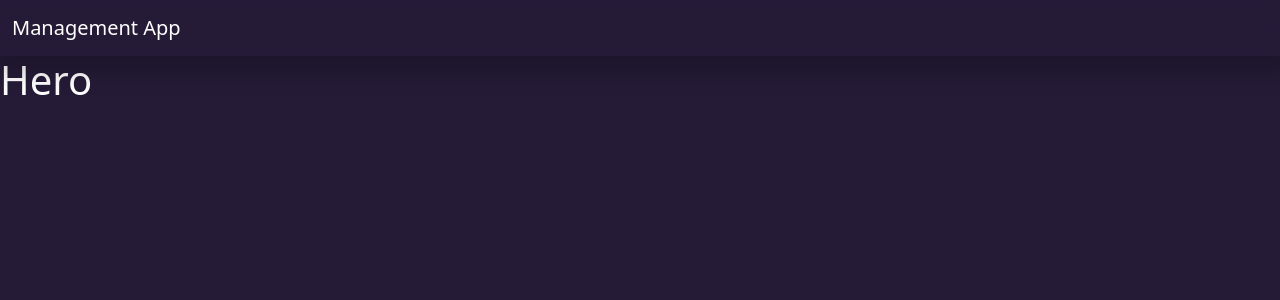
Repository: iamevs/Employee-Management-System
Page: / (app in client/)
An editor plug-in stored every save of this project. The page is shown before and after the next save, followed by the edit.
The browser window is 1280 px wide. The pictures show the whole page.
The project was rebuilt for these pictures with package versions that can differ from the ones it lists, and the page was loaded fresh each time. Also part of the build but not shown: client/vite.config.js, client/src/App.css, client/src/components/Home.jsx, client/src/components/Register.jsx, client/src/components/Edit.jsx. Imported but missing from the stored project, and not drawn on this page: client/src/components/Details.

Above is the page before, as saved 2022-11-28 23:17:57.

### client/index.html
<html lang="en">
  <head>
    <meta charset="UTF-8" />
    <link rel="icon" type="image/svg+xml" href="/vite.svg" />
    <meta name="viewport" content="width=device-width, initial-scale=1.0" />
    <title>employee-management</title>
  </head>
  <body>
    <div id="root"></div>
    <script type="module" src="/src/main.jsx"></script>
  </body>
</html>

### client/src/main.jsx
import React, { StrictMode } from 'react';
import ReactDOM from 'react-dom';
import { createRoot } from "react-dom/client";
import './index.css';
import App from './App';
import { BrowserRouter } from "react-router-dom"
import ContextProvider from "./components/context/ContextProvider";
// root.render(
//   <StrictMode>
//   <ContextProvider>
//     <BrowserRouter>
//       <App />
//     </BrowserRouter>
//   </ContextProvider>
//   </StrictMode>
//   ,
//   document.getElementById('root')
// );


createRoot(document.getElementById('root')).render(
  <ContextProvider>
    <BrowserRouter>
      <App />
    </BrowserRouter>
  </ContextProvider>
)

### client/src/index.css
body {
  margin: 0;
  font-family: -apple-system, BlinkMacSystemFont, 'Segoe UI', 'Roboto', 'Oxygen',
    'Ubuntu', 'Cantarell', 'Fira Sans', 'Droid Sans', 'Helvetica Neue',
    sans-serif;
  -webkit-font-smoothing: antialiased;
  -moz-osx-font-smoothing: grayscale;
  background-color: #251B37 !important;
  color: #fff !important;
}

code {
  font-family: source-code-pro, Menlo, Monaco, Consolas, 'Courier New',
    monospace;
}

.btns{
  display: flex;
  justify-content: space-between;
}

### client/src/App.jsx
import './App.css';
import "../node_modules/bootstrap/dist/css/bootstrap.min.css"
import "../node_modules/bootstrap/dist/js/bootstrap.bundle.min.js"
import Navbar from './components/Navbar';
import Home from './components/Home';
import Register from './components/Register';
import Edit from './components/Edit';
import Details from './components/Details';
import Hero from "./components/Hero.jsx";
import {Routes,Route} from "react-router-dom"




function App() {
  return (
   <>
    <Navbar />
    <Routes>
      <Route path="/" element={<Hero/>} />
      <Route  path="/home" element={<Home/>} />
      <Route exact path="/register" element={<Register/>} />
      <Route exact path="/edit/:id" element={<Edit/>} />
      <Route exact path="/view/:id" element={<Details/>} />
    </Routes>

   </>
  );
}

export default App;

### client/src/components/context/ContextProvider.jsx
import React, { createContext, useState } from 'react'


export const adddata = createContext("");
export const updatedata = createContext("");
export const deldata = createContext("");

const ContextProvider = ({ children }) => {

    const [udata, setUdata] = useState("");
    const [updata, setUPdata] = useState("");
    const [dltdata, setDLTdata] = useState("");


    return (
        <adddata.Provider value={{ udata, setUdata }}>
            <updatedata.Provider value={{ updata, setUPdata }}>
                <deldata.Provider value={{dltdata, setDLTdata}}>
                    {children}
                </deldata.Provider>

            </updatedata.Provider>

        </adddata.Provider>
    )
}

export default ContextProvider;

### client/src/components/Navbar.jsx
import React from 'react'
import { NavLink } from 'react-router-dom'
import { Box, Stack } from "@mui/material";


const Navbar = () => {
    return (
        <Stack >
            <Box className="navbar navbar-expand-lg text-white" sx={{
                backgroundColor: "transparent",
                backdropFilter: "blur(10px) !important",
                position: "relative",
                color: "white",
                boxShadow: "4px 7px 20px 11px rgb(0 0 0 / 20%)",
            }}>
                <div className="container-fluid">
                    <NavLink className="navbar-brand text-white" to="/">Management App</NavLink>
                    <button className="navbar-toggler" type="button" data-bs-toggle="collapse" data-bs-target="#navbarSupportedContent" aria-controls="navbarSupportedContent" aria-expanded="false" aria-label="Toggle navigation">
                        <span className="navbar-toggler-icon"></span>
                    </button>
                    <div className="collapse navbar-collapse" id="navbarSupportedContent">
                        <ul className="navbar-nav me-auto mb-2 mb-lg-0">

                        </ul>
                        {/* <form className="d-flex">
                            <input className="form-control me-2" type="search" placeholder="Search" aria-label="Search" />
                            <button className="btn btn-outline-success" type="submit">Search</button>
                        </form> */}
                    </div>
                </div>
            </Box>
        </Stack>
    )
}

export default Navbar

### client/src/components/Hero.jsx
import React from "react";

const Hero = () => {
    return (
        <div>
            <h1>Hero</h1>
        </div>
    );
}

export default Hero;

After the next save:
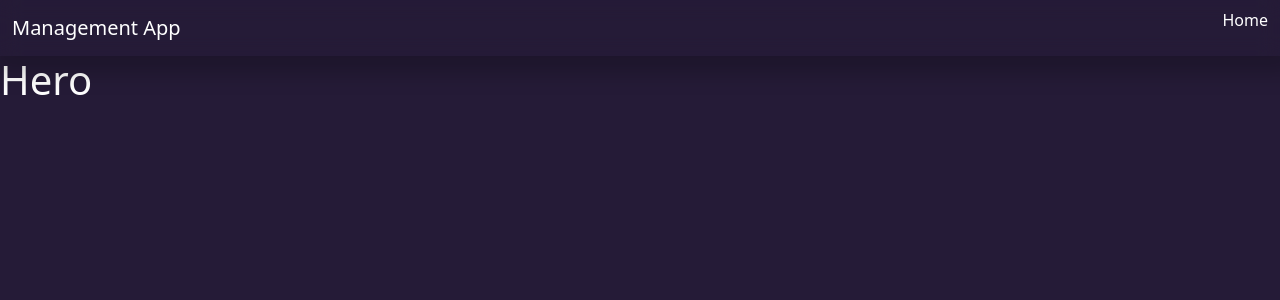
Saved 94 s later.
--- a/client/src/components/Navbar.jsx
+++ b/client/src/components/Navbar.jsx
@@ -26,6 +26,9 @@ const Navbar = () => {
                             <input className="form-control me-2" type="search" placeholder="Search" aria-label="Search" />
                             <button className="btn btn-outline-success" type="submit">Search</button>
                         </form> */}
+                        <ul>
+                            <a className="nav-link active text-white" aria-current="page" href="/home">Home</a>
+                        </ul>
                     </div>
                 </div>
             </Box>
